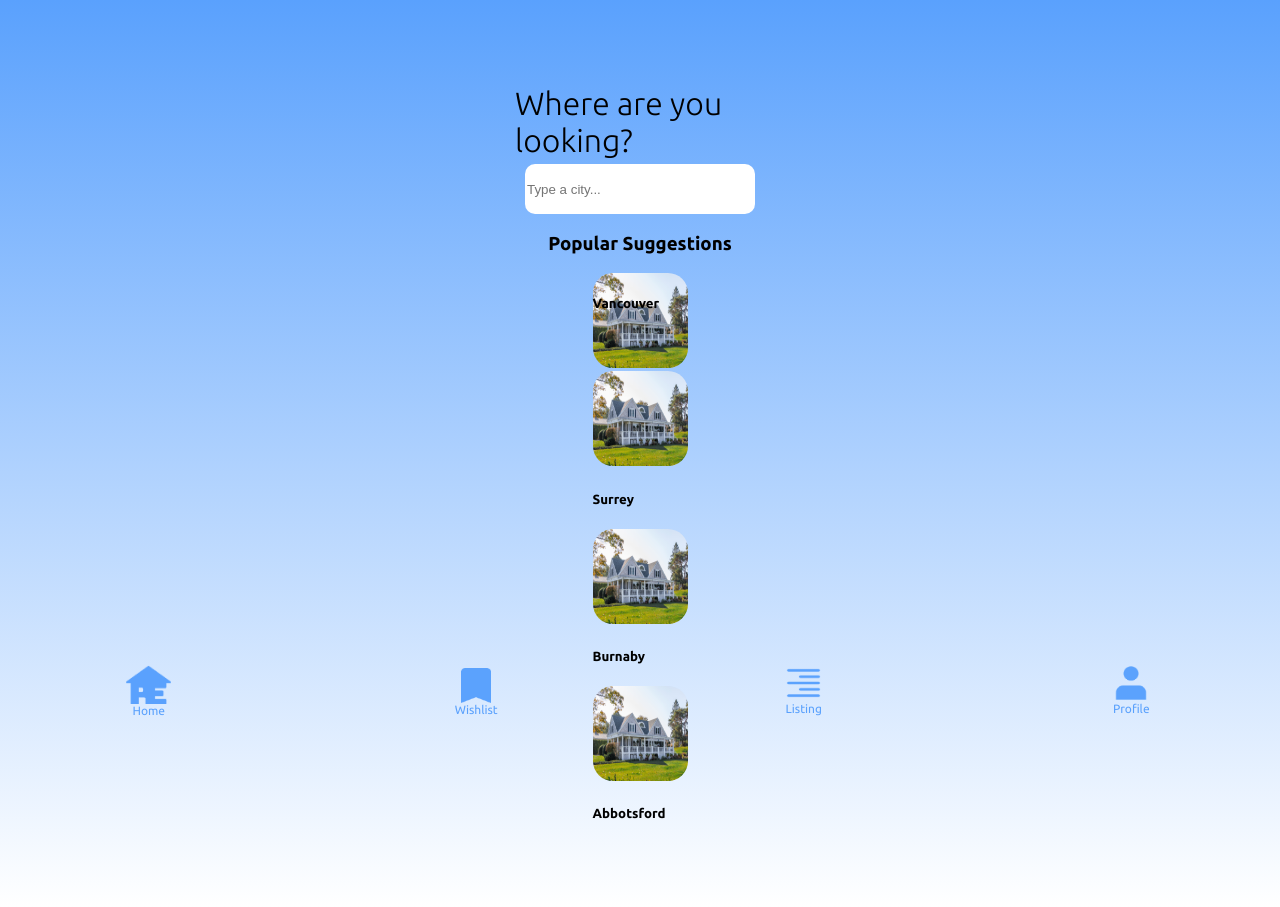
Repository: msyukurrr/realeasy
Page: /listing
The author's editor kept a copy of each file at every save. The page is drawn from the files as they stood at one save, then again after the next save.
The browser window is 1280 px wide. The pictures show the whole page.
The project was rebuilt for these pictures with package versions that can differ from the ones it lists, and the page was loaded fresh each time. The framework's server and built-in components were replaced by stand-ins that run in the browser. Also part of the build but not shown: next.config.js, components/Button.js.

Above is the page before, as saved 2023-01-27 20:28:54.

After the next save:
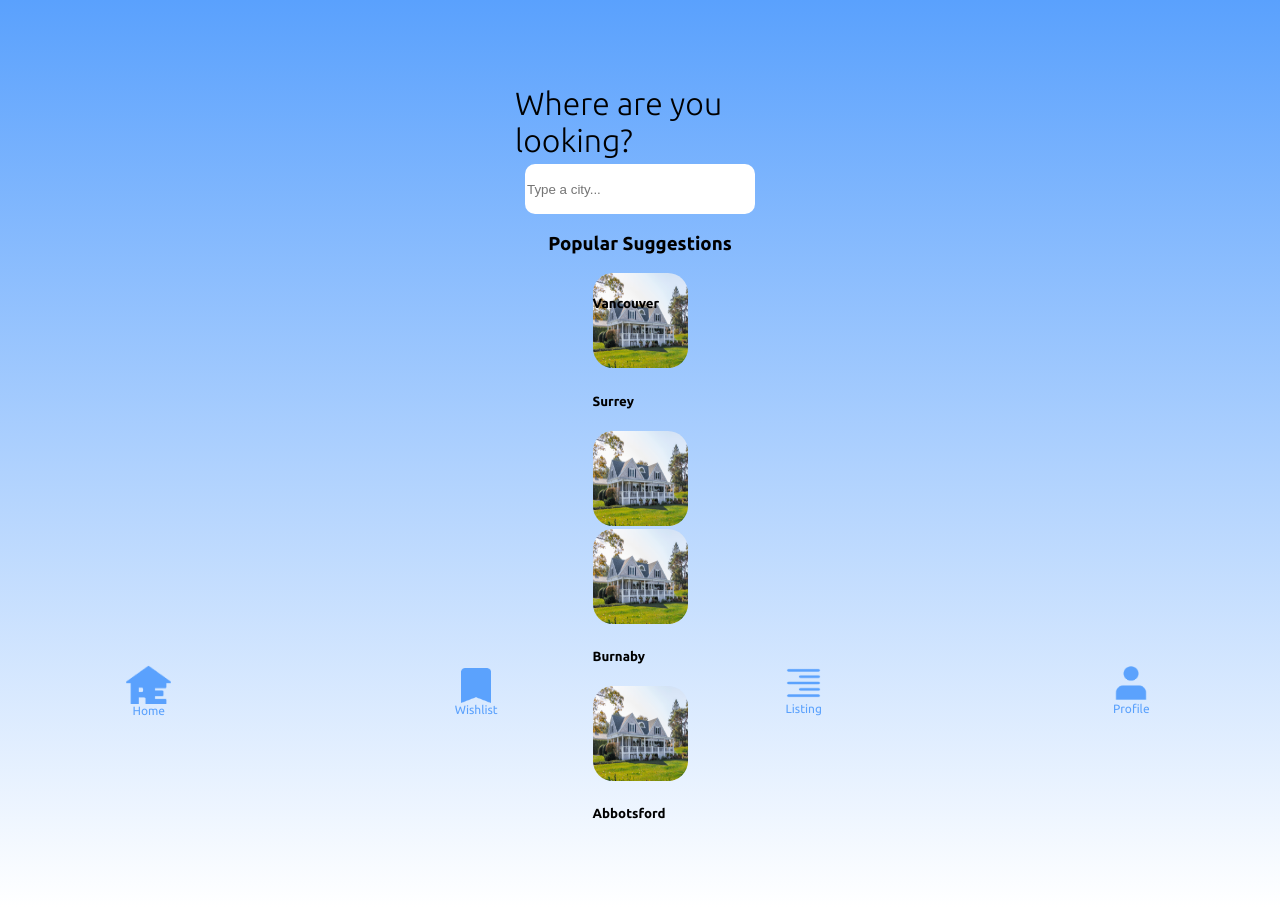
Saved 8 s later.
--- a/pages/listing.js
+++ b/pages/listing.js
@@ -18,14 +18,16 @@ export default function Listing({
 
         <h3>Popular Suggestions</h3>
 
-        <div><h5 style={{display:'flex', position:'absolute'}}>Vancouver</h5>
+        <div>
+            <h5 style={{display:'flex', position:'absolute'}}>Vancouver</h5>
             <img src="house.png" style={{width:95, height:95, borderRadius:20}}/>
 
         </div>
 
         <div>
+             <h5>Surrey</h5>
             <img src="house.png" style={{width:95, height:95, borderRadius:20}}/>
-            <h5>Surrey</h5>
+
         </div>
 
         <div>
